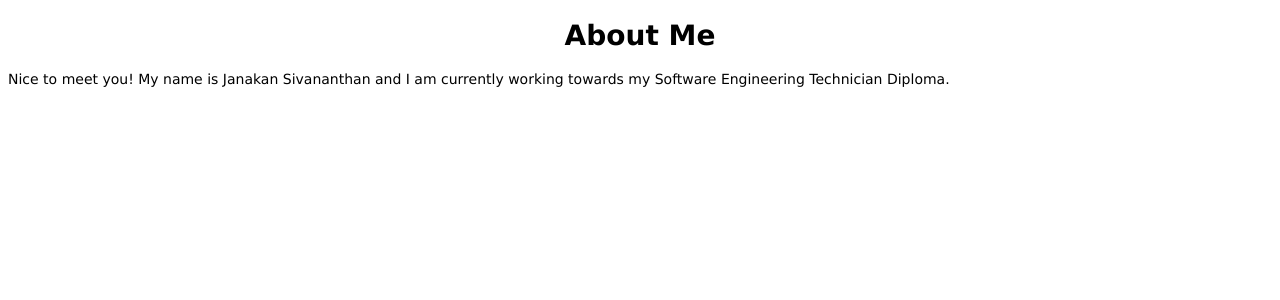
Repository: JanakanS95/COMP-229-Assignment-1
Page: http://localhost/about
The author's editor kept a copy of each file at every save. The page is drawn from the files as they stood at one save, then again after the next save.
The browser window is 1280 px wide. The pictures show the whole page.
The page is served by the project's Node server (app.js).

Above is the page before, as saved 2021-06-03 17:12:39.

After the next save:
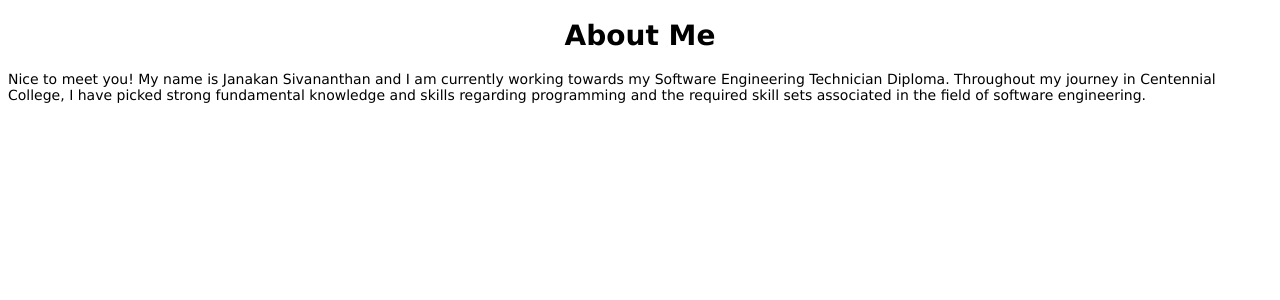
Saved 113 s later.
--- a/views/about.ejs
+++ b/views/about.ejs
@@ -6,6 +6,9 @@
   </head>
   <body>
     <h1><%= title %></h1>
-    <p>Nice to meet you! My name is Janakan Sivananthan and I am currently working towards my Software Engineering Technician Diploma.</p>
+    <p>Nice to meet you! My name is Janakan Sivananthan and I am
+    currently working towards my Software Engineering Technician Diploma.
+    Throughout my journey in Centennial College, I have picked strong fundamental knowledge and skills
+    regarding programming and the required skill sets associated in the field of software engineering.</p>
   </body>
 </html>
